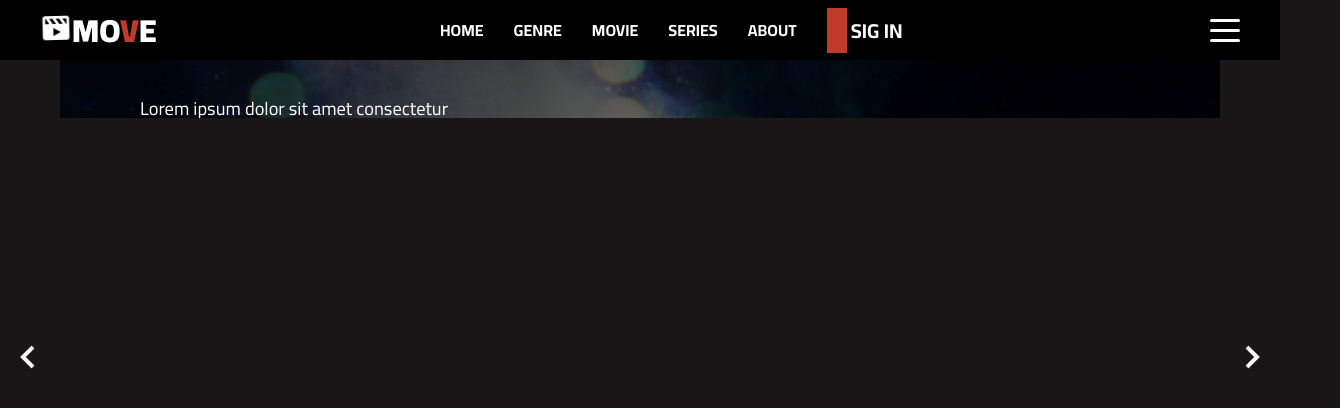
Repository: eric-nguyen-fe/Homepage-single-movies
Page: index.html
The author's editor kept a copy of each file at every save. The page is drawn from the files as they stood at one save, then again after the next save.
The browser window is 1280 px wide. The page is 1280 px wide, then 1340 px, so the pictures cover 1340 px, including what lies to the right of the window. The pictures show the whole page.

Above is the page before, as saved 2021-10-30 00:24:58.
Not found: m.css

After the next save:
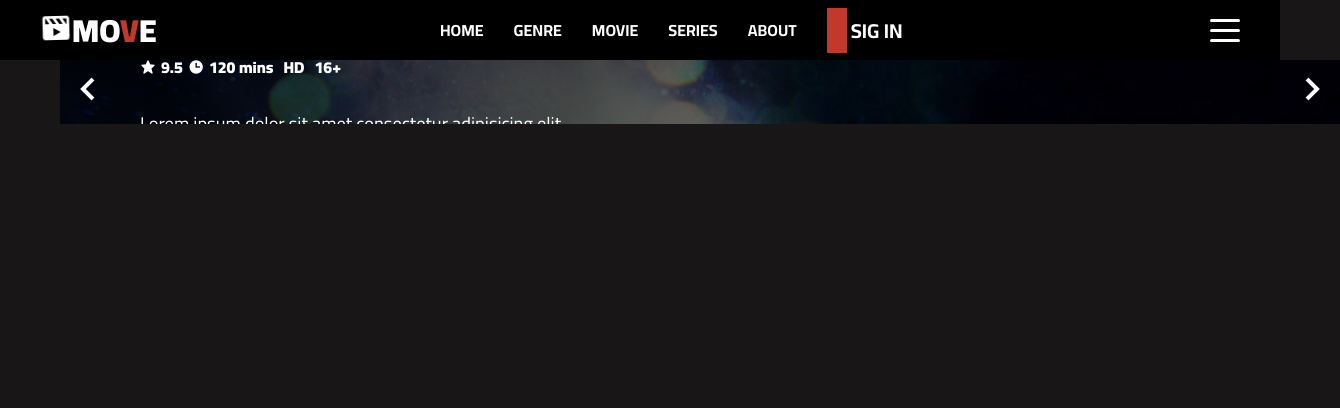
Saved 15 s later.
--- a/app.css
+++ b/app.css
@@ -278,7 +278,7 @@
 }
 
 .carousel-nav-center{
-    position: static;
+    position: absolute;
 }
 
 .carousel-nav-center .owl-nav button i{
